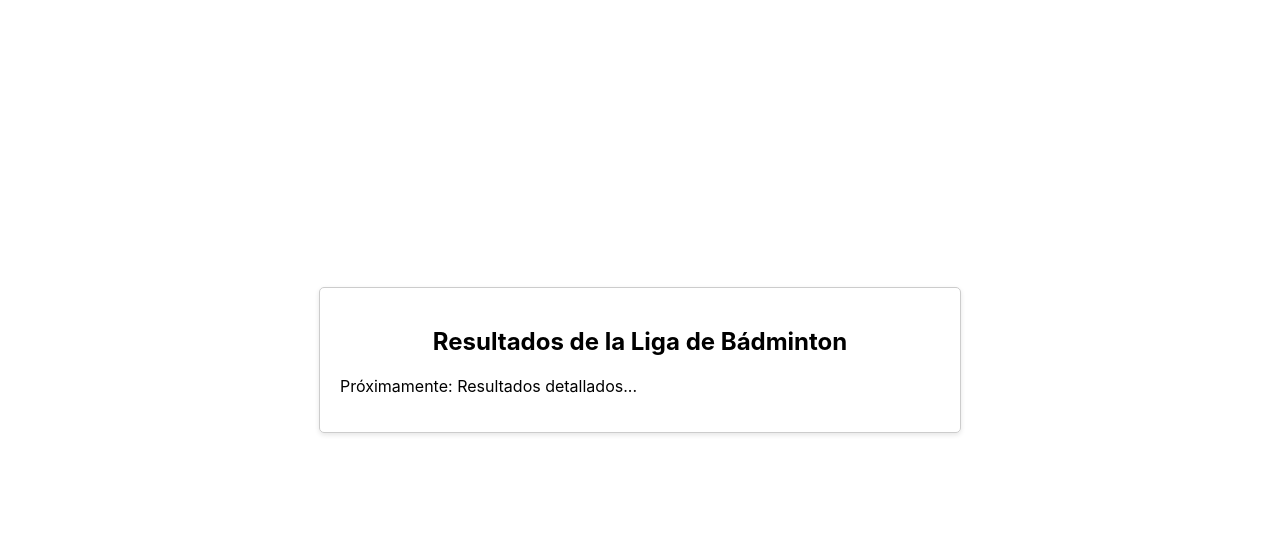
Repository: anuskazw/badminton
Page: /dashboard
An editor plug-in stored every save of this project. The page is shown before and after the next save, followed by the edit.
The browser window is 1280 px wide. The pictures show the whole page.
The project was rebuilt for these pictures with package versions that can differ from the ones it lists, and the page was loaded fresh each time. Also part of the build but not shown: src/components/Login.js.

Above is the page before, as saved 2024-11-24 22:40:14.

After the next save:
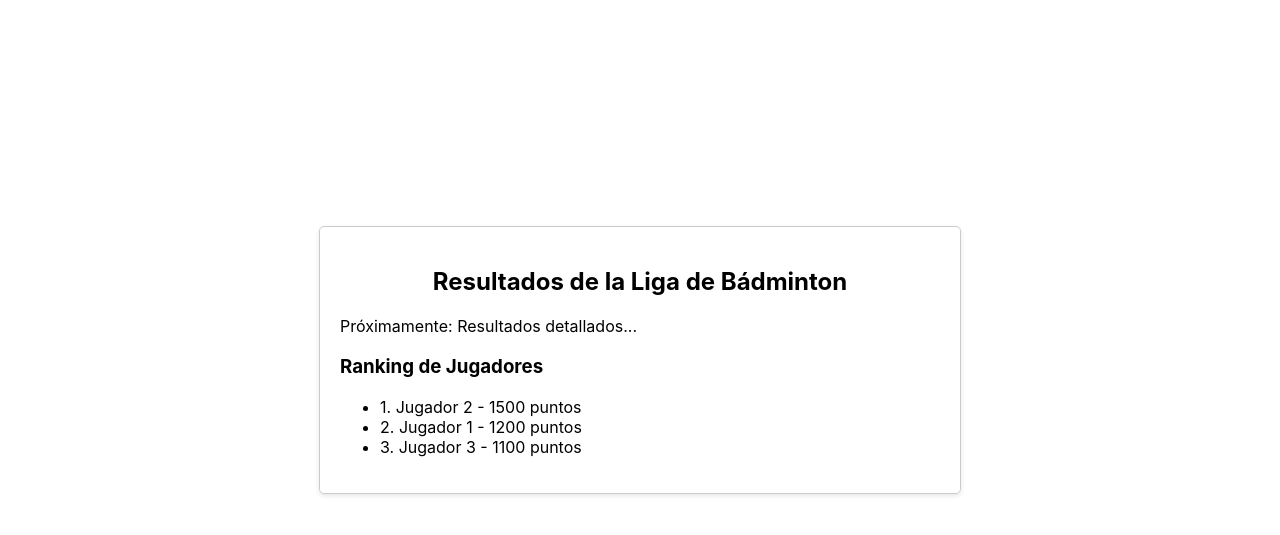
Saved 4 min 34 s later.
--- a/src/components/Dashboard.js
+++ b/src/components/Dashboard.js
@@ -1,13 +1,36 @@
-import React from 'react';
+import React, { useState, useEffect } from 'react';
 import './Dashboard.css'; // Asegúrate de crear un archivo CSS para estilos específicos del dashboard
 
 function Dashboard() {
-    // Aquí puedes agregar lógica para obtener y mostrar los resultados de la liga
+    const [ranking, setRanking] = useState([]);
+
+    useEffect(() => {
+        // Simulación de obtención de datos de jugadores
+        const jugadores = [
+            { nombre: 'Jugador 1', puntos: 1200 },
+            { nombre: 'Jugador 2', puntos: 1500 },
+            { nombre: 'Jugador 3', puntos: 1100 },
+            // Agrega más jugadores según sea necesario
+        ];
+
+        // Ordenar jugadores por puntos de mayor a menor
+        const rankingOrdenado = jugadores.sort((a, b) => b.puntos - a.puntos);
+        setRanking(rankingOrdenado);
+    }, []);
+
     return (
         <div className="dashboard-container">
             <h2>Resultados de la Liga de Bádminton</h2>
             {/* Aquí puedes agregar tablas, gráficos, etc. para mostrar los resultados */}
             <p>Próximamente: Resultados detallados...</p>
+            <h3>Ranking de Jugadores</h3>
+            <ul>
+                {ranking.map((jugador, index) => (
+                    <li key={index}>
+                        {index + 1}. {jugador.nombre} - {jugador.puntos} puntos
+                    </li>
+                ))}
+            </ul>
         </div>
     );
 }

After the save that followed:
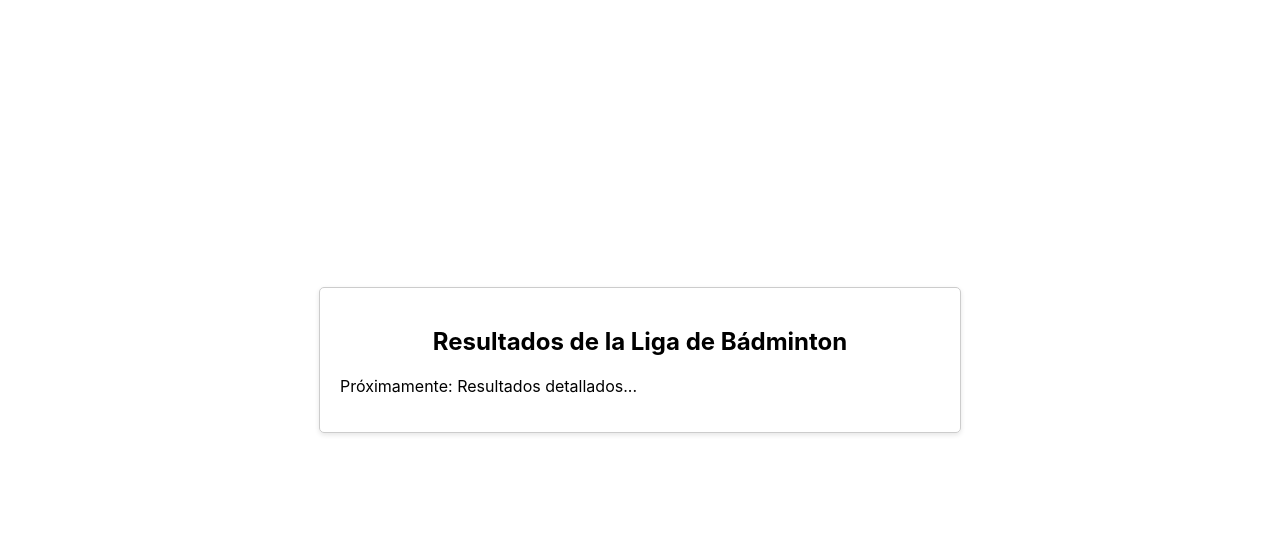
Saved 110 s later.
--- a/src/components/Dashboard.js
+++ b/src/components/Dashboard.js
@@ -1,36 +1,13 @@
-import React, { useState, useEffect } from 'react';
+import React from 'react';
 import './Dashboard.css'; // Asegúrate de crear un archivo CSS para estilos específicos del dashboard
 
 function Dashboard() {
-    const [ranking, setRanking] = useState([]);
-
-    useEffect(() => {
-        // Simulación de obtención de datos de jugadores
-        const jugadores = [
-            { nombre: 'Jugador 1', puntos: 1200 },
-            { nombre: 'Jugador 2', puntos: 1500 },
-            { nombre: 'Jugador 3', puntos: 1100 },
-            // Agrega más jugadores según sea necesario
-        ];
-
-        // Ordenar jugadores por puntos de mayor a menor
-        const rankingOrdenado = jugadores.sort((a, b) => b.puntos - a.puntos);
-        setRanking(rankingOrdenado);
-    }, []);
-
+    // Aquí puedes agregar lógica para obtener y mostrar los resultados de la liga
     return (
         <div className="dashboard-container">
             <h2>Resultados de la Liga de Bádminton</h2>
             {/* Aquí puedes agregar tablas, gráficos, etc. para mostrar los resultados */}
             <p>Próximamente: Resultados detallados...</p>
-            <h3>Ranking de Jugadores</h3>
-            <ul>
-                {ranking.map((jugador, index) => (
-                    <li key={index}>
-                        {index + 1}. {jugador.nombre} - {jugador.puntos} puntos
-                    </li>
-                ))}
-            </ul>
         </div>
     );
 }
